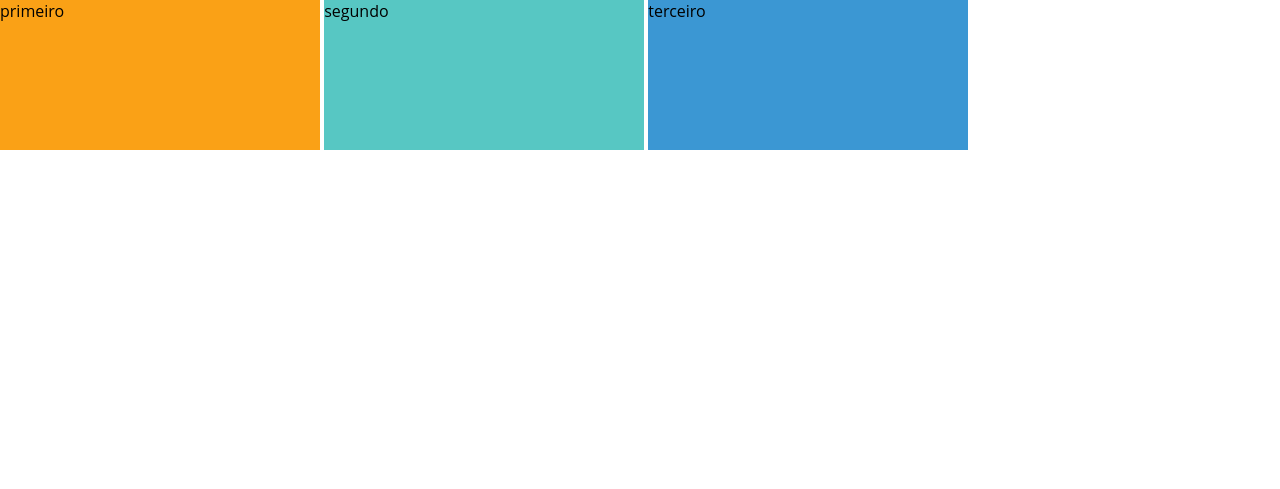
Repository: NicholasMaestrello/treinamento-impacta
Page: DesenvolvimentoJava/Modulo06/01_ConceitosHTMLCSS/WebContent/exemplo_display.html
An editor plug-in stored every save of this project. The page is shown before and after the next save, followed by the edit.
The browser window is 1280 px wide. The pictures show the whole page.

Above is the page before, as saved 2017-10-18 16:10:54.

After the next save:
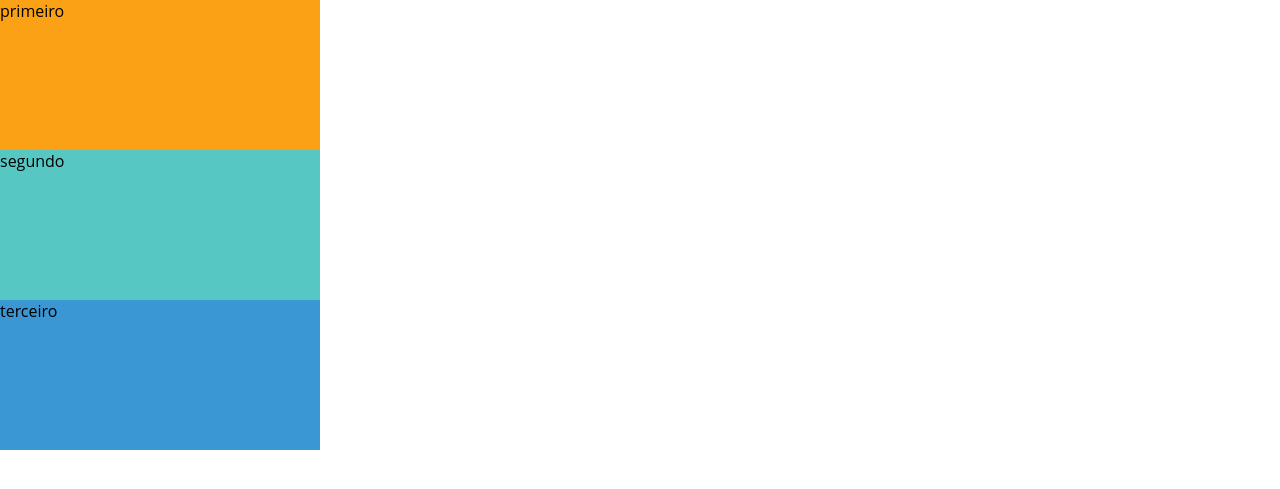
Saved 2 min 50 s later.
--- a/DesenvolvimentoJava/Modulo06/01_ConceitosHTMLCSS/WebContent/exemplo_display.html
+++ b/DesenvolvimentoJava/Modulo06/01_ConceitosHTMLCSS/WebContent/exemplo_display.html
@@ -25,7 +25,7 @@
 	.exemplo-item{
 		width: 25%;
 		height: 150px;
-		display: inline-block;
+		display: block;
 	}
 	.exemplo-item-primeiro{
 		background-color: #FAA116;
